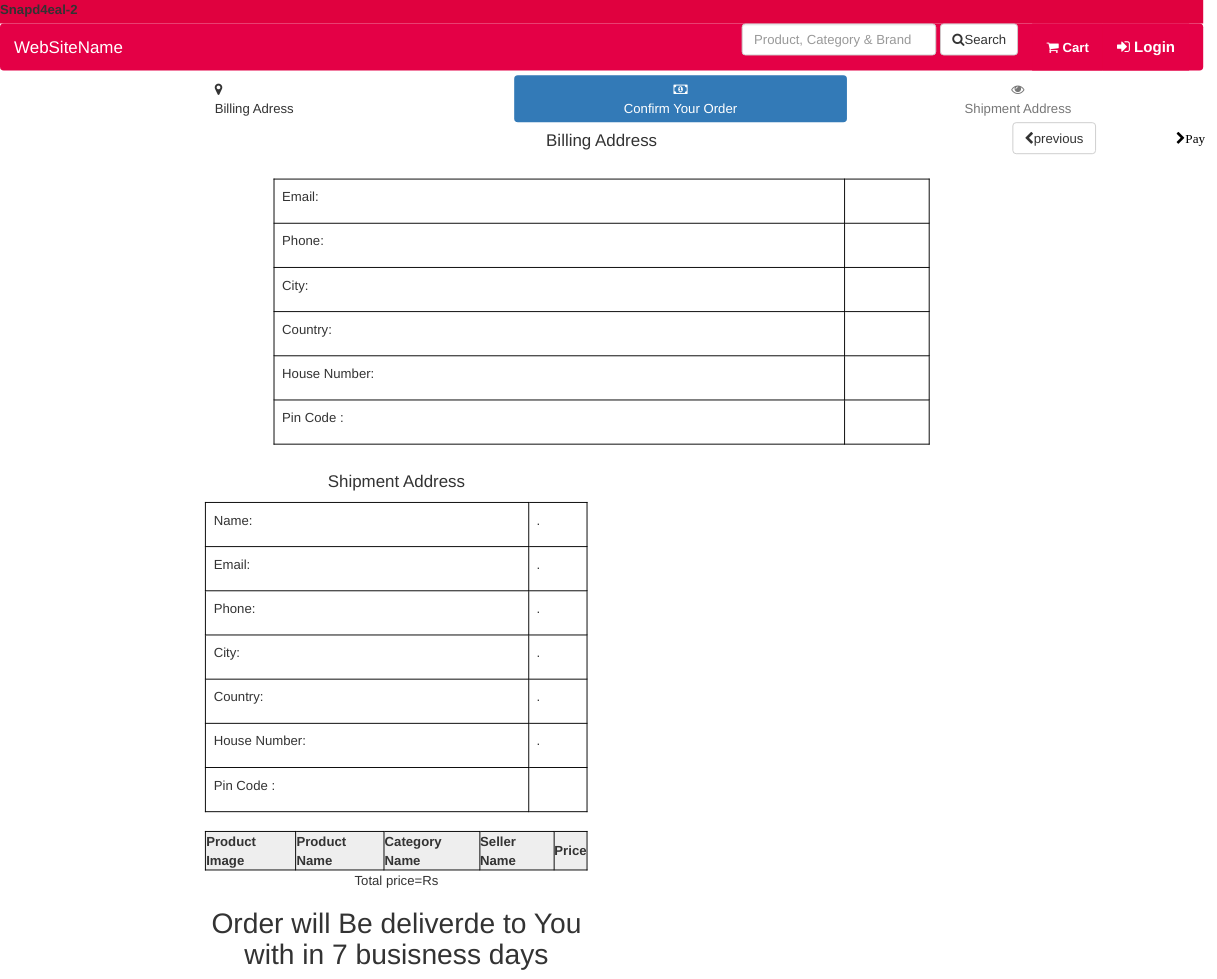
Repository: Aryans26/project
Page: http://localhost/frontend/WEB-INF/views/orderconfirm.jsp
The author's editor kept a copy of each file at every save. The page is drawn from the files as they stood at one save, then again after the next save.
The browser window is 1280 px wide. The page is 1295 px wide, so the pictures cover 1295 px, including what lies to the right of the window. The pictures show the whole page, at 94% of full size.
Some web libraries are served in a nearby version. The page is served by Tomcat 9. Nobody is signed in. Other server files are loaded and not shown. The template is opened directly, without the code that normally fills it, so the values that code supplies are empty.

Above is the page before, as saved 2017-06-21 07:25:00.

### frontend/src/main/webapp/WEB-INF/views/orderconfirm.jsp
<%@ taglib prefix="c" uri="http://www.springframework.org/tags"%>
<%@ taglib prefix="form" uri="http://www.springframework.org/tags/form"%>
<!doctype html>
<html>
<head>
<c:url value="/resource" var="res" />

<!-- <link rel="stylesheet" ref="https://maxcdn.bootstrapcdn.com/bootstrap/3.3.7/css/bootstrap.min.css"> -->
<script
	src="https://ajax.googleapis.com/ajax/libs/jquery/3.2.1/jquery.min.js"></script>
<script
	src="https://maxcdn.bootstrapcdn.com/bootstrap/3.3.7/js/bootstrap.min.js"></script>
<link rel="stylesheet" href="${res}/css/bootstrap.min.css" />
<link rel="stylesheet" href="${res}/css/style.css" />
<link rel="stylesheet" href="${res}/css/font-awesome/css/font-awesome.min.css" />

</head>
<body>
	<%@include file="navbar.jsp"%>

<div class="Container">
<div class="row col-md-10 span15 col-lg-offset-2" id="checkout">
       <form method="post" action="shop-checkout4.html">
                                <ul class="nav nav-pills nav-justified">
                                    <li><a href="<c:url value="/previous"/>"></a><i class="fa fa-map-marker"></i><br>Billing Adress</a></li>
                                    <li class="active"><a href="<c:url value="/pay"/>"><i class="fa fa-money"></i><br>Confirm Your Order</a></li>
                                    <li class="disabled"><a href="<c:url value="/orderconfirmation"/>"><i class="fa fa-eye"></i><br>Shipment Address</a></li>
                                </ul>
</form>
</div>
</div>



            <div class="row">
            <div class="span15">

                <div class="col-lg-8 col-lg-offset-2">
<center>
                <div class="row">
                    <div class="col-md-1"></div>
                    <div class="col-md-10 clearfix" id="checkout">

<!--                         <div class="box"> -->

<!--                                 <div class="container"> -->
<!--                                    <div class="row"> -->

<!--                                             <div class="box payment-method"> -->
											<center>
                                                <h4>Billing Address</h4>
                                                <table class="table" style="border: 1px solid black; border-collapse: collapse;">

		                                     <tr style="border: 1px solid black; border-collapse: collapse;"><td style="border: 1px solid black; border-collapse: collapse;">   <p>Email: </p></td>
		                                     <td style="border: 1px solid black; border-collapse: collapse;">   <p>${billing.getEmail() } </p></td></tr>
                                             <tr style="border: 1px solid black; border-collapse: collapse;padding: 15px">  <td style="border: 1px solid black; border-collapse: collapse;"> <p>Phone: </p></td>
                                             <td style="border: 1px solid black; border-collapse: collapse;"> <p>${billing.getPhone()} </p></td></tr>
                                              <tr style="border: 1px solid black; border-collapse: collapse;"> <td style="border: 1px solid black; border-collapse: collapse;"> <p>City: </p></td>
                                              <td style="border: 1px solid black; border-collapse: collapse;"> <p>${billing.getCity()} </p></td></tr>
                                                <tr style="border: 1px solid black; border-collapse: collapse;"><td style="border: 1px solid black; border-collapse: collapse;"><p>Country: </p></td>
                                                <td style="border: 1px solid black; border-collapse: collapse;"><p>${billing.getCountry()} </p></td></tr>
                                               <tr style="border: 1px solid black; border-collapse: collapse;"><td style="border: 1px solid black; border-collapse: collapse;"> <p>House Number: </p></td>
                                               <td style="border: 1px solid black; border-collapse: collapse;"> <p>${billing.getHouse_no()} </p></td></tr>
                                                <tr style="border: 1px solid black; border-collapse: collapse;"><td style="border: 1px solid black; border-collapse: collapse;"><p>Pin Code :</p></td>
                                                <td style="border: 1px solid black; border-collapse: collapse;"><p>${billing.getPincode()}</p></td></tr>
                                                 <br></center>
                                           </table>
                                        </div>
                                        <div class="col-sm-6">
<!--                                             <div class="box payment-method"> -->
											<center>
                                                <h4>Shipment Address</h4>
                                               <table class="table" style="border: 1px solid black; border-collapse: collapse;">
                                               <tr style="border: 1px solid black; border-collapse: collapse;"><td style="border: 1px solid black; border-collapse: collapse;">Name:</td> <td style="border: 1px solid black; border-collapse: collapse;"><p>${shippingAddress.getShip_name()}  .</p></td></tr>
                                                <tr style="border: 1px solid black; border-collapse: collapse;"><td style="border: 1px solid black; border-collapse: collapse;"><p>Email:</td><td style="border: 1px solid black; border-collapse: collapse;">${shippingAddress.getShip_email()} .</p></td></tr>
                                               <tr style="border: 1px solid black; border-collapse: collapse;"><td style="border: 1px solid black; border-collapse: collapse;"> <p>Phone:</td><td style="border: 1px solid black; border-collapse: collapse;">${shippingAddress.getShip_mono()} .</p></td></tr>
                                                <tr style="border: 1px solid black; border-collapse: collapse;"><td style="border: 1px solid black; border-collapse: collapse;"><p>City:</td><td style="border: 1px solid black; border-collapse: collapse;">${shippingAddress.getShip_city()} .</p></td></tr>
                                               <tr style="border: 1px solid black; border-collapse: collapse;"><td style="border: 1px solid black; border-collapse: collapse;"> <p>Country:</td><td style="border: 1px solid black; border-collapse: collapse;">${shippingAddress.getShip_country()} .</p></td></tr>
                                               <tr style="border: 1px solid black; border-collapse: collapse;"><td style="border: 1px solid black; border-collapse: collapse;"> <p>House Number:</td><td style="border: 1px solid black; border-collapse: collapse;">${shippingAddress.getShip_houseno()} .</p></td></tr>
                                                <tr style="border: 1px solid black; border-collapse: collapse;"><td style="border: 1px solid black; border-collapse: collapse;"><p>Pin Code :</td><td style="border: 1px solid black; border-collapse: collapse;">${shippingAddress.getShip_pincode()}</p></td></tr>


                                            </div>
                                        </div>
</center>

                                        </div>
                                    </div>

                                    <!-- /.row -->
									<div class="content">
									<div class="row">
									<div class="col-lg-8 col-lg-offset-2">
									<table style="border: 1px solid black" >
    <thead style="border: 1px solid black">
      <tr style="background-color: #eee">
      <th style="border: 1px solid black">Product Image</th>
        <th style="border: 1px solid black">Product Name</th>
<!--         <th>Description</th> -->
        <th style="border: 1px solid black">Category Name</th>
        <th style="border: 1px solid black">Seller Name</th>
        <th style="border: 1px solid black">Price</th>
      </tr>
    </thead>
    <tbody>

    <c1:if test="${prot!=null}">
      <tr>
        <td style="border: 1px solid black"><img src="<c:url value='/resource/images/${prot.getP_id()}.jpg'/>" width=150px height=200px></td>
        <td style="border: 1px solid black">${prot.getP_Name()}</td>
<%--         <td>${product.getDes()}</td> --%>
        <td style="border: 1px solid black">${prot.getCategory().getCat_name()}</td>
        <td style="border: 1px solid black">${prot.getSeller().getName()}</td>
        <td style="border: 1px solid black">${prot.getPrice()}</td>
      </tr>
      </c1:if>
    <c1:if test="${prot==null}">
     <c1:forEach items="${cartItems}" var="c1">
      <tr>
        <td style="border: 1px solid black"><img src=""></td>
        <td style="border: 1px solid black">${c1.getProduct().getP_Name()}</td>
<%--         <td>${c1.getproduct.getDes()}</td> --%>
        <td style="border: 1px solid black">${c1.getProduct().getCategory().getCat_name()}</td>
        <td style="border: 1px solid black">${c1.getProduct().getSeller().getName()}</td>
        <td style="border: 1px solid black">${c1.getProduct().getPrice()}</td>
      </tr>
      </c1:forEach>
      </c1:if>


  </tbody>
 </table>
     <p calss="pull-left">Total price=Rs${prot.getPrice()}</p>
			<h2> Order will Be deliverde to You with in 7 busisness days</h2>
			</div>
									</div>
									</div>
                                <div class="box-footer">
                                         <div class="pull-left">
                                        <a href="<c:url value="/previous"/>" class="btn btn-default"><i class="fa fa-chevron-left"></i>previous</a>
                                        </div>
                                         <div class="pull-right">
                                        <a href="<c:url value="/pay"/>"  class="btn btn-template-main"><i class="fa fa-chevron-right">Pay</i></a>
                                        </button>
                                        </div>
                                     </div>
                                </div>
                                <!-- /.content -->



    </div>





</body>

</html>

### frontend/src/main/webapp/WEB-INF/views/navbar.jsp
<%@ taglib prefix="c" uri="http://www.springframework.org/tags"%>
<%@ taglib prefix="form" uri="http://www.springframework.org/tags/form"%>
<%@ taglib prefix="security" uri="http://www.springframework.org/security/tags" %>
<%@ taglib prefix="c1" uri="http://java.sun.com/jsp/jstl/core"%>
<!DOCTYPE html >
<html>
<head>
<meta http-equiv="Content-Type" content="text/html; charset=ISO-8859-1">
<title>Insert title here</title>
</head>
<body>
	<div class="headder">
		<b>Snapd4eal-2</b>
	</div>

	<nav class="navbar navbar-default" style="color: white;">
		<div class="container-fluid">
			<div class="navbar-header">
				<button type="button" class="navbar-toggle" data-toggle="collapse" data-target="#myNavbar">
					<span class="icon-bar"></span> <span class="icon-bar"></span>
					<span class="icon-bar"></span>
				</button>
				<a class="navbar-brand" href="<c:url value="/"/>"
					style="color: white;">WebSiteName</a>
				<form class="navbar-form navbar-right visible-sm visible-xs">
					<div class="form-group">
						<input type="text" class="form-control"
							placeholder="Product, Category & Brand">
					</div>
					<button type="submit" class="btn btn-default">
						<i class="fa fa-search"></i>Search
					</button>

				</form>
			</div>
			<div class="collapse navbar-collapse" id="myNavbar">
			<c1:if test="${pageContext.request.userPrincipal.name!=null}">
			<security:authorize access="hasRole('ROLE_ADMIN')">
				<ul class="nav navbar-nav">
					<li style="color: white;"><a
						href="<c:url value="/category"/>">Add Category</a></li>
					<li style="color: white;"><a
						href="<c:url value="/addproduct"/>">Add Product</a></li>
					<li style="color: white;"><a
						href="<c:url value="/supplier"/>">Add Supplier</a></li>
<!-- 					<li style="color: white;"><a -->
<%-- 						href="<c:url value="/addcard"/>">Add Card</a></li> --%>

				</ul>
				</security:authorize>
				</c1:if>
				<ul class="nav navbar-nav navbar-right">
					<li><a href="<c:url value="/viewcart"/>"><i class="fa fa-shopping-cart"></i>
							Cart</a></li>

					<li class="dropdown"><a href="#" class="dropbtn"><span
							class="fa fa-sign-in"></span>
							<c1:if test="${pageContext.request.userPrincipal.name==null}"> Login </c1:if>
							 <c1:if test="${pageContext.request.userPrincipal.name!=null}">  Logout</c1:if></a>

						<div class="dropdown-content">
							<a href="#">your account</a>
							<a href="#">your orders</a>
							<c1:if test="${pageContext.request.userPrincipal.name==null}">

							<a href="<c:url value="/users"/>" class="hvr-reg-bordertop" > new user ?<br>
							<b>register</b></a>
<%-- <a href="<c:url value="/login"/>"><button type="button" class="btn btn-danger" style="width: 90%; margin: 10px;">Login</button></a> --%>
							<button type="button" class="btn btn-danger" data-toggle="modal"
								data-target="#myModal" style="width: 90%; margin: 10px;">Login</button>
								</c1:if>

								<c1:if test="${pageContext.request.userPrincipal.name!=null}">
					<a href="<c:url value="/j_spring_security_logout"/>"><button type="button" class="btn btn-danger" >Logout</button></a>
								</c1:if>
						</div></li>

				</ul>
				<form class="navbar-form navbar-right hidden-sm hidden-xs">
					<div class="form-group">
						<input type="text" class="form-control"
							placeholder="Product, Category & Brand">
					</div>
					<button type="submit" class="btn btn-default">
						<i class="fa fa-search"></i>Search
					</button>

				</form>

			</div>
		</div>
	</nav>


	<!-- Modal -->
	<div class="modal fade" id="myModal" role="dialog">
		<div class="modal-dialog modal-lg">
			<div class="modal-content">
				<div class="modal-header">
					<button type="button" class="close" data-dismiss="modal">&times;</button>
					<h4 class="modal-title">Login</h4>
				</div>
				<div class="modal-body">
				<c1:url value="/j_spring_security_check" var="a"/>
					<form role="form" method="post" action="${a} ">
						<div class="form-group">
				<label for="email">Email address:</label>
				<input type="email" class="form-control" id="email" name="j_username" placeholder="Email Id">
						</div>
						<div class="form-group">
				<label for="pwd">Password:</label>
				 <input type="password" class="form-control" id="pwd" name="j_password" placeholder="Password">
						</div>
						<div class="checkbox">
							<label><input type="checkbox"> Remember me</label>
						</div>
						<a class="cursor" data-dismiss="modal" data-toggle="modal"
							data-target="#myModal1">new User ? <b>register</b></a>
						<button type="submit" class="btn btn-success">Submit</button>
					</form>
				</div>
				<div class="modal-footer">
					<button type="button" class="btn btn-default" data-dismiss="modal">Close</button>
				</div>
			</div>
		</div>
	</div>

</body>
</html>

### frontend/src/main/webapp/resource/css/style.css
@charset "utf-8";
/* CSS Document */
.headder {
	min-height: 25px;
	background-color: #E0013F;
}

.navbar-default, .navbar-default li {
	background-color: #e40046;
	color: white;
}

.navbar-default li a {
	color: #FFF;
	font-weight: bold;
}

.navbar-nav li:hover, .navbar-nav li:focus, .navbar-nav li:active {
	background-color: #333;
}

.navbar-nav dropdown:hover {
	background-color: #333;
}

.dropbtn {
	color: white;
	padding: 16px;
	font-size: 16px;
	border: none;
	cursor: pointer;
}

.
.dropdown:hover {
	background-color: #333;
	color: white;
	padding: 16px;
	font-size: 16px;
	border: none;
	cursor: pointer;
}

.dropdown {
	position: relative;
	display: inline-block;
}

.dropdown-content {
	display: none;
	position: absolute;
	background-color: #333;
	min-width: 160px;
	right: 5px;
	box-shadow: 0px 8px 16px 0px rgba(0, 0, 0, 0.2);
	z-index: 1;
}

.dropdown-content a {
	color: black;
	font-size: 14px !important;
	font-weight: normal !important;
	text-align: center;
	padding: 12px 16px;
	text-decoration: none;
	display: block;
}

.dropdown-content a:hover {
	background-color: #000;
}

.dropdown:hover .dropdown-content {
	display: block;
}

.dropdown:hover .dropbtn {
	background-color: #333;
}

.dropdown-content .hvr-reg-bordertop {
	border-top: 1px solid #999;
	padding-top: 20px;
	margin-bottom: 0;
	padding-bottom: 0;
}

.cursor {
	cursor: pointer;
}

.form-fill{
	max-width:500px;
	box-shadow:2px 2px 8px  grey;
	padding:30px 20px;
	margin:10px auto;
	border-radius:10px;
}

.form-list-table{
	border:2px solid grey;
	box-shadow:4px 4px 8px grey;
	border-radius:10px;
}
.head3{
	color:#e40046;
	font-weight:bold;
	text-align:center;
	text-shadow:2px 2px 4px grey;
}

.items-list-head > div{
	Color:red;
	text-align:center;
	font-weight:bolder;
	font-size:20px;
}
.items-list > div{
	border-top:1px solid grey;
	line-height:40px;
	text-align:center;
	font-weight:bold;
}

.box-shadow{
	border-radius:10px;
	box-shadow:2px 2px 8px grey;
}

.list-head{
	font-size:16px;
	font-weight:bold;
	text-shadow:1px 1px 1px grey;
}

Loaded but not shown: frontend/src/main/webapp/resource/css/bootstrap.min.css (library); frontend/src/main/webapp/resource/css/font-awesome/css/font-awesome.min.css (library)

After the next save:
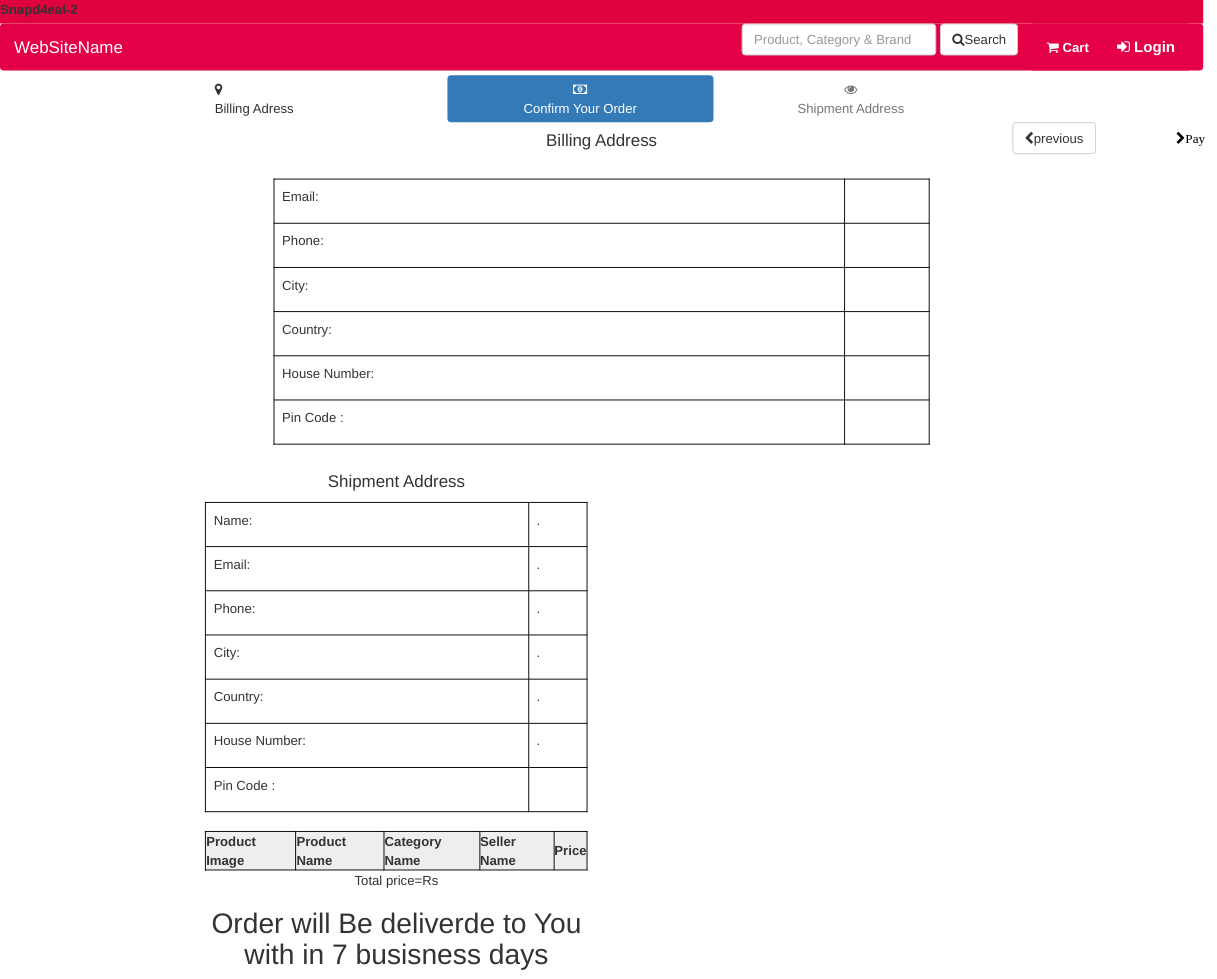
Saved 15 s later.
--- a/frontend/src/main/webapp/WEB-INF/views/orderconfirm.jsp
+++ b/frontend/src/main/webapp/WEB-INF/views/orderconfirm.jsp
@@ -19,7 +19,7 @@
 	<%@include file="navbar.jsp"%>
 
 <div class="Container">
-<div class="row col-md-10 span15 col-lg-offset-2" id="checkout">
+<div class="row col-md-10 col-lg-8 col-lg-offset-2" id="checkout">
        <form method="post" action="shop-checkout4.html">
                                 <ul class="nav nav-pills nav-justified">
                                     <li><a href="<c:url value="/previous"/>"></a><i class="fa fa-map-marker"></i><br>Billing Adress</a></li>
